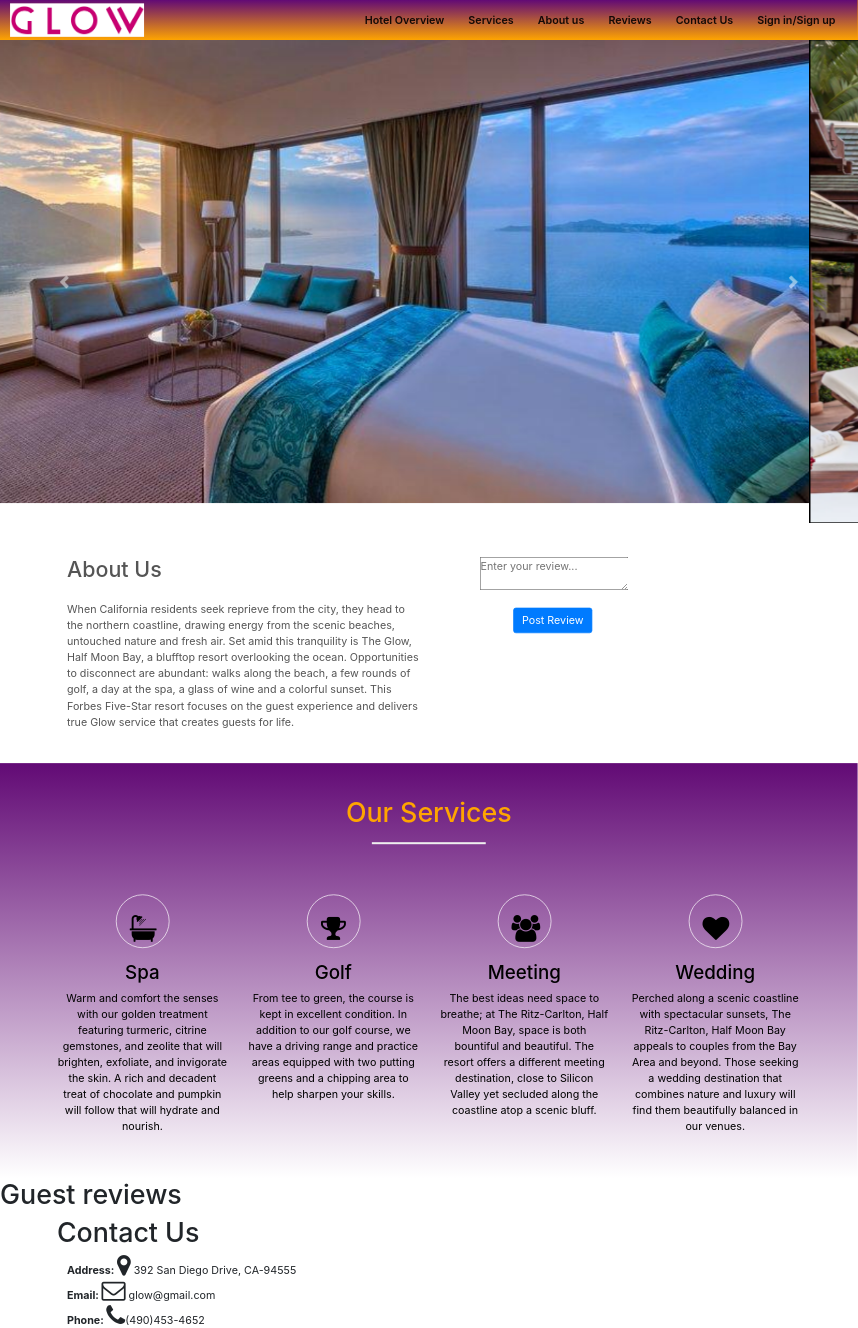
Repository: M-p1998/solo-dojo-project
Page: http://localhost/hotel/WEB-INF/hotel/home.jsp
An editor plug-in stored every save of this project. The page is shown before and after the next save, followed by the edit.
The browser window is 1280 px wide. The pictures show the whole page, at 67% of full size.
Backgrounds fixed to the window are drawn as part of the page. Some web libraries are served in a nearby version. The page is served by Tomcat 9. Nobody is signed in. Other server files are loaded and not shown. The template is opened directly, without the code that normally fills it, so the values that code supplies are empty.

Above is the page before, as saved 2022-02-13 18:07:16.

### hotel/src/main/webapp/WEB-INF/hotel/home.jsp
<%@ page language="java" contentType="text/html; charset=UTF-8"
	pageEncoding="UTF-8"%>
<%@ taglib prefix="c" uri="http://java.sun.com/jsp/jstl/core"%>
<%@ taglib prefix="form" uri="http://www.springframework.org/tags/form"%>
<!DOCTYPE html>
<html>
<head>
<meta charset="UTF-8">

<link href="/css/home.css" rel="stylesheet" type="text/css">
<link rel="stylesheet"
	href="https://stackpath.bootstrapcdn.com/bootstrap/4.3.1/css/bootstrap.min.css">
<script src="https://code.jquery.com/jquery-3.2.1.slim.min.js"></script>
<script
	src="https://cdnjs.cloudflare.com/ajax/libs/popper.js/1.12.9/umd/popper.min.js"></script>
<script
	src="https://maxcdn.bootstrapcdn.com/bootstrap/4.0.0/js/bootstrap.min.js"></script>
<link rel="stylesheet"
	href="https://stackpath.bootstrapcdn.com/font-awesome/4.7.0/css/font-awesome.min.css">

<title>Hotel Glow</title>
</head>
<body>

	<section id="nav-bar">
		<nav class="navbar navbar-expand-lg navbar-light">
			<div class="container-fluid">
				<a class="navbar-brand" href="#"><img src="/image/hotelLogo.png"
					width="200" height="50"></a>

				<div class="collapse navbar-collapse" id="navbarNav">
					<ul class="navbar-nav ml-auto">
						<li class="nav-item active "><a class="nav-link" href="#">Hotel
								Overview</a></li>
						<li class="nav-item active "><a class="nav-link"
							href="#services">Services</a></li>
						<li class="nav-item active"><a class="nav-link" href="#about">About
								us</a></li>
						<li class="nav-item active"><a class="nav-link"
							href="#reviews">Reviews</a></li>
						<li class="nav-item active"><a class="nav-link"
							href="#contact">Contact Us</a></li>
						<li class="nav-item active"><a class="nav-link"
							href="/registration">Sign in/Sign up</a></li>
					</ul>
				</div>
			</div>
		</nav>
	</section>

	<div id="slider">
		<div id="headerSlider" class="carousel slide" data-ride="carousel">
			<ol class="carousel-indicators">
				<li data-target="#headerSlider" data-slide-to="0"></li>
				<li data-target="#headerSlider" data-slide-to="1"></li>
				<li data-target="#headerSlider" data-slide-to="2"></li>
			</ol>
			<div class="carousel-inner">
				<div class="carousel-item active">
					<img src="/image/img2.jpg" class="d-block w-100">
				</div>
				<div class="carousel-item">
					<img src="/image/img3.jpg" class="d-block w-100">
				</div>
				<div class="carousel-item">
					<img src="/image/h4.jpg" class="d-block w-100">
				</div>
			</div>
			<a class="carousel-control-prev" role="button" href="#headerSlider"
				data-slide="prev"> <span class="carousel-control-prev-icon"
				aria-hidden="true"></span> <span class="sr-only">Previous</span>
			</a> <a class="carousel-control-next" role="button" href="#headerSlider"
				data-slide="next"> <span class="carousel-control-next-icon"
				aria-hidden="true"></span> <span class="sr-only">Next</span>
			</a>
		</div>
	</div>

	<section id="about">
		<div class="container">
			<div class="d-flex">
				<div class="col-md-6">
					<h2>About Us</h2>
					<div class="about-content">When California residents seek
						reprieve from the city, they head to the northern coastline,
						drawing energy from the scenic beaches, untouched nature and fresh
						air. Set amid this tranquility is The Glow, Half Moon Bay, a
						blufftop resort overlooking the ocean. Opportunities to disconnect
						are abundant: walks along the beach, a few rounds of golf, a day
						at the spa, a glass of wine and a colorful sunset. This Forbes
						Five-Star resort focuses on the guest experience and delivers true
						Glow service that creates guests for life.</div>
				</div>
				<div class="col-md-4 text-center">
					<form:form action="/createReviews" method="post"
						modelAttribute="PostAReview">
						<form:label path="reviews"></form:label>
						<form:errors path="reviews" class="text-danger"
							style="font-size: 20px" />
						<form:textarea class="textarea" placeholder="Enter your review..."
							path="reviews" />
						<a href="/reviews"><button class="reviewBtn btn btn-primary">Post
								Review</button></a>
					</form:form>
				</div>
			</div>
		</div>
	</section>

	<!-- services -->
	<section id="services">
		<div class="container">
			<h1>Our Services</h1>
			<div class="row services">
				<div class="col-md-3 text-center">
					<div class="icon">
						<i class="fa fa-bath"></i>
					</div>
					<h3>Spa</h3>
					<p>Warm and comfort the senses with our golden treatment
						featuring turmeric, citrine gemstones, and zeolite that will
						brighten, exfoliate, and invigorate the skin. A rich and decadent
						treat of chocolate and pumpkin will follow that will hydrate and
						nourish.</p>
				</div>
				<div class="col-md-3 text-center">
					<div class="icon">
						<i class="fa fa-trophy"></i>
					</div>
					<h3>Golf</h3>
					<p>From tee to green, the course is kept in excellent
						condition. In addition to our golf course, we have a driving range
						and practice areas equipped with two putting greens and a chipping
						area to help sharpen your skills.</p>
				</div>
				<div class="col-md-3 text-center">
					<div class="icon">
						<i class="fa fa-users"></i>
					</div>
					<h3>Meeting</h3>
					<p>The best ideas need space to breathe; at The Ritz-Carlton,
						Half Moon Bay, space is both bountiful and beautiful. The resort
						offers a different meeting destination, close to Silicon Valley
						yet secluded along the coastline atop a scenic bluff.</p>
				</div>
				<div class="col-md-3 text-center">
					<div class="icon">
						<i class="fa fa-heart"></i>
					</div>
					<h3>Wedding</h3>
					<p>Perched along a scenic coastline with spectacular sunsets,
						The Ritz-Carlton, Half Moon Bay appeals to couples from the Bay
						Area and beyond. Those seeking a wedding destination that combines
						nature and luxury will find them beautifully balanced in our
						venues. </p>
				</div>
			</div>
		</div>
	</section>

	<section id="reviews">
		<h1>Guest reviews</h1>
		<div class="d-flex">
			<div class="hero">
				<div class="review-box">
					<div id="slide">
						<c:forEach items="${write}" var="review">
							<div class="card">
								<p>${review.reviews}</p>
							</div>
						</c:forEach>
					</div>

					<div class="sidebar">
						<img src="/image/up-arrow.png" id="upArrow"> <img
							src="/image/down-arrow.png" id="downArrow">
					</div>
				</div>


			</div>
		</div>
	</section>

	<section id="contact">
		<div class="container">
			<h1>Contact Us</h1>
			<div class="col-md-6 contact-info">
				<div class="follow">
					<b>Address: </b> <i class="fa fa-map-marker"
						style="font-size: 36px"></i> 392 San Diego Drive, CA-94555
				</div>
				<div class="follow">
					<b>Email: </b> <i class="fa fa-envelope-o" style="font-size: 36px"></i>
					glow@gmail.com
				</div>
				<div class="follow">
					<b>Phone: </b> <i class="fa fa-phone" style="font-size: 36px"></i>(490)453-4652
				</div>
			</div>
		</div>
	</section>

	<script
		src="https://cdnjs.cloudflare.com/ajax/libs/jquery/3.6.0/jquery.min.js"></script>
	<script src="/js/main.js"></script>

	<script>
		var slide = document.getElementById("slide");
		var upArrow = document.getElementById("upArrow");
		var downArrow = document.getElementById("downArrow");

		let x = 0;

		upArrow.onclick = function() {
			if (x > "-4000") {
				x = x - 300;
				slide.style.top = x + "px";
			}
		}

		downArrow.onclick = function() {
			if (x < 0) {
				x = x + 300;
				slide.style.top = x + "px";
			}
		}
	</script>

</body>
</html>

### hotel/src/main/webapp/css/home.css
@charset "UTF-8";

*{
	margin: 0;
	padding: 0;


}

body{
	font-family: sans-serif;
}

#nav-bar{
	position: sticky;
	top: 0;
	z-index: 10;

}

.navbar{
	background-image: linear-gradient(rgba(98, 10, 117),  rgba(0,0,255,0));
	padding: 0!important;
	background-color: orange;
}

.navbar-nav li{
	padding: 0 10px;
}

.navbar-nav li a{
	color: black;
	font-weight: 600;
	float: right;
	text-align: left;
}

#nav-bar ul li a:hover{
	color: orange !important;
}

.fa-bars{
	color: #fff;
	font-size: 30px !important;
}

.navbar-toggler{
	outline: none !important;
}

/*-----about --------*/
#about{
	padding-top:50px;
	padding-bottom: 50px;
	color: #555;
}

#about .btn{
	margin-top: 20px;
	margin-bottom: 30px;
}

.about-content{
	padding-top: 20px;

}

/* --- services ----*/
#services{
	background-image: linear-gradient(rgba(98, 10, 117), rgba(0,0,255,0));
	background-size: cover;
	background-position: center;
	color: black !important;
	background-attachment: fixed;
	padding-top: 50px;
	padding-bottom: 50px;
}

#services h1{
	text-align: center;
	color: orange !important;
	padding-bottom: 10px;
}

#services h1::after{
	content: '';
	background: #efefef;
	display: block;
	height: 3px;
	width: 170px;
	margin: 20px auto 5px;
}

.services{
	margin-top: 40px;
}

.icon{
	font-size: 40px;
	margin: 20px auto;
	padding: 20px;
	height: 80px;
	width: 80px;
	border: 1px solid #fff;
	border-radius: 50%;
	align-items: center;
}

/* .skills-bar p{
	margin-bottom: 6px;
	font-weight: 600;
}

.progress-bar{
	border-radius: 16px;

}
.progress{
	border-radius: 16px !important;
	margin-bottom: 20px;
} */
/*--------------*/
/* #slider{
	width: 100%;
} */
/* .carousel-caption{
	top: 50%;
	transform: translateY(-50%);
	bottom: initial!important;
} */

### hotel/src/main/webapp/js/main.js

var indexValue= 1;
showImg(indexValue);

function side_slide(e){
	showImg(indexValue += e);
}
function showImg(e){
	var i;
	const img = document.querySelectorAll('img');
	if(e > img.length){
		indexValue = 1
	}
	if(e < 1){
		indexValue = img.length
	}
	for(i = 0; i<img.length; i++){
		img[i].style.display = "none";
	}
	img[indexValue - 1].style.display = "block";
}

After the next save:
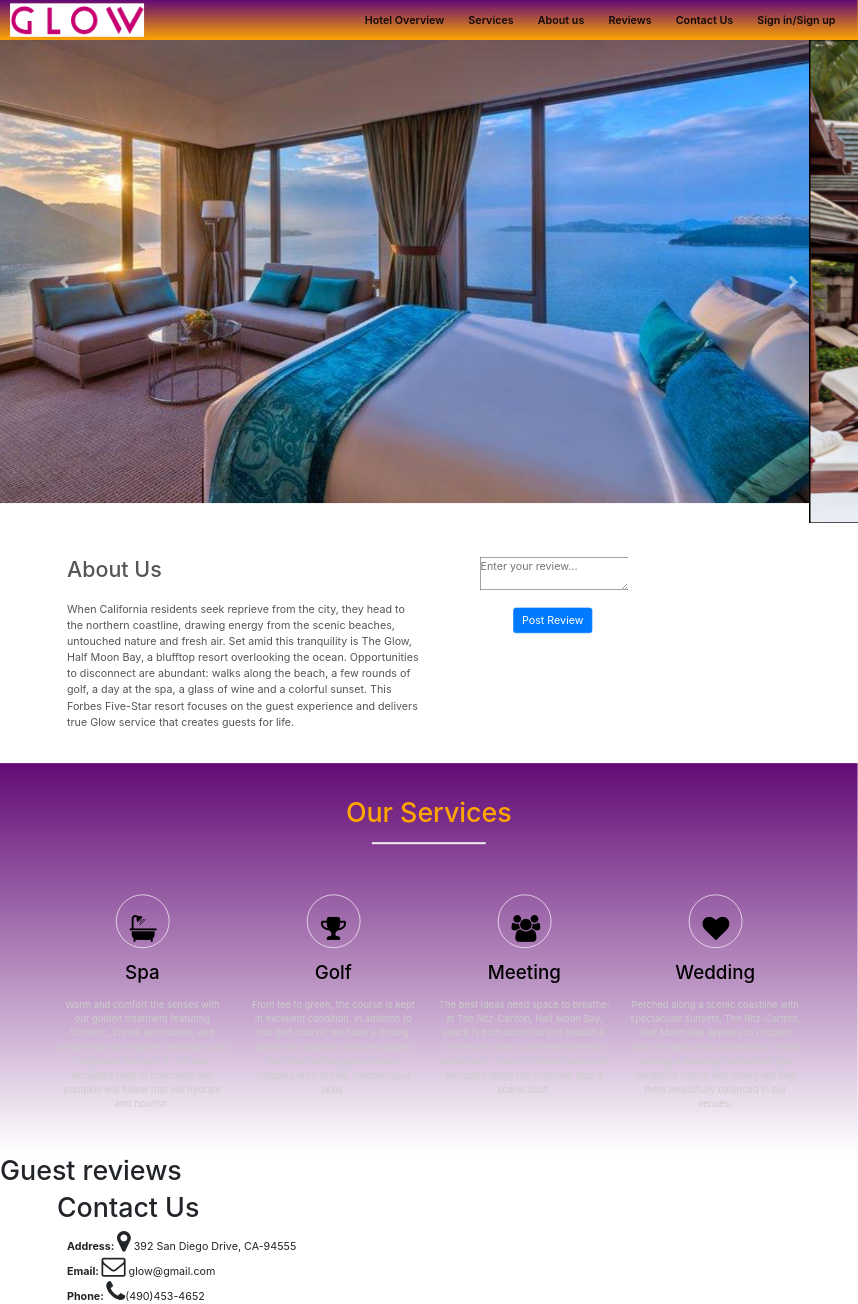
Saved 78 s later.
--- a/hotel/src/main/webapp/css/home.css
+++ b/hotel/src/main/webapp/css/home.css
@@ -103,7 +103,12 @@ body{
 	width: 80px;
 	border: 1px solid #fff;
 	border-radius: 50%;
-	align-items: center;
+}
+
+#services p{
+	font-size: 14px;
+	margin-top: 20px;
+	color: #ccc;
 }
 
 /* .skills-bar p{
